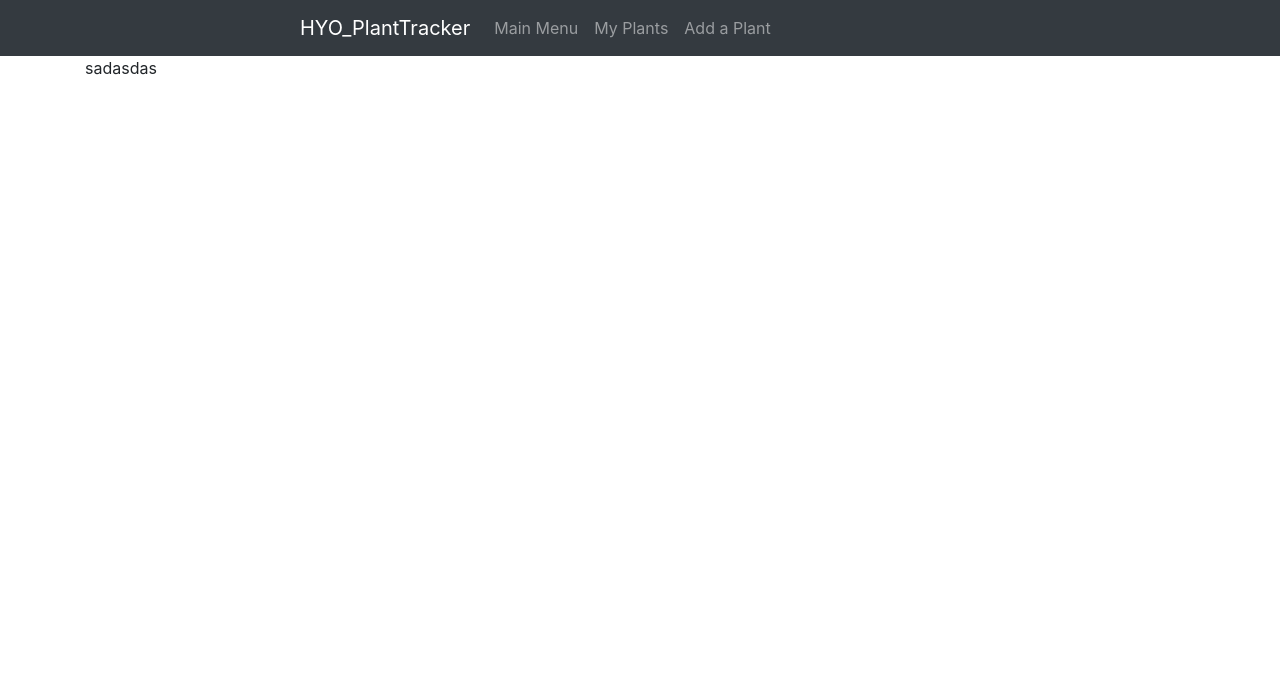
Repository: emersonwilliams/HYO_PlantTracker
Page: capstone_app/plant_tracker/templates/myplants.html
An editor plug-in stored every save of this project. The page is shown before and after the next save, followed by the edit.
The browser window is 1280 px wide. The pictures show the whole page.

Above is the page before, as saved 2020-08-01 23:58:54.

After the next save:
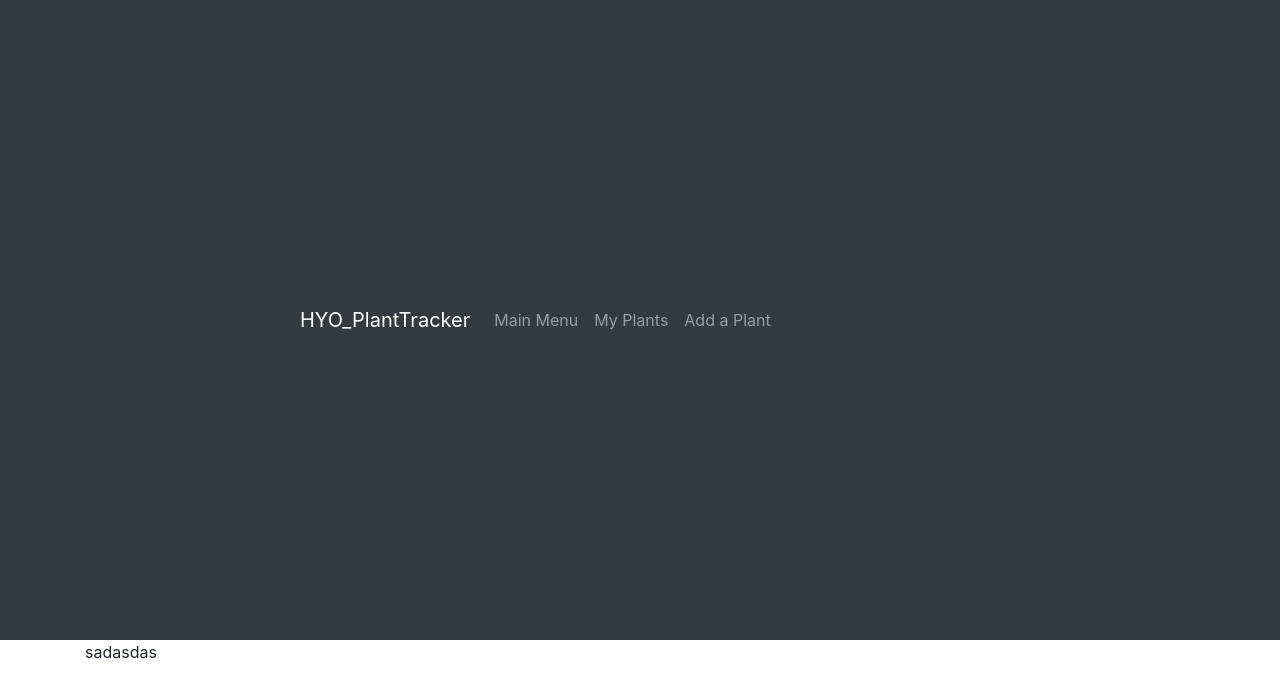
Saved 14 s later.
--- a/capstone_app/plant_tracker/static/css/myplants.css
+++ b/capstone_app/plant_tracker/static/css/myplants.css
@@ -1,4 +1,4 @@
 .navbar{
-    padding-left:300px;
+    padding:300px;
     padding-right:300px;
   }

After the save that followed:
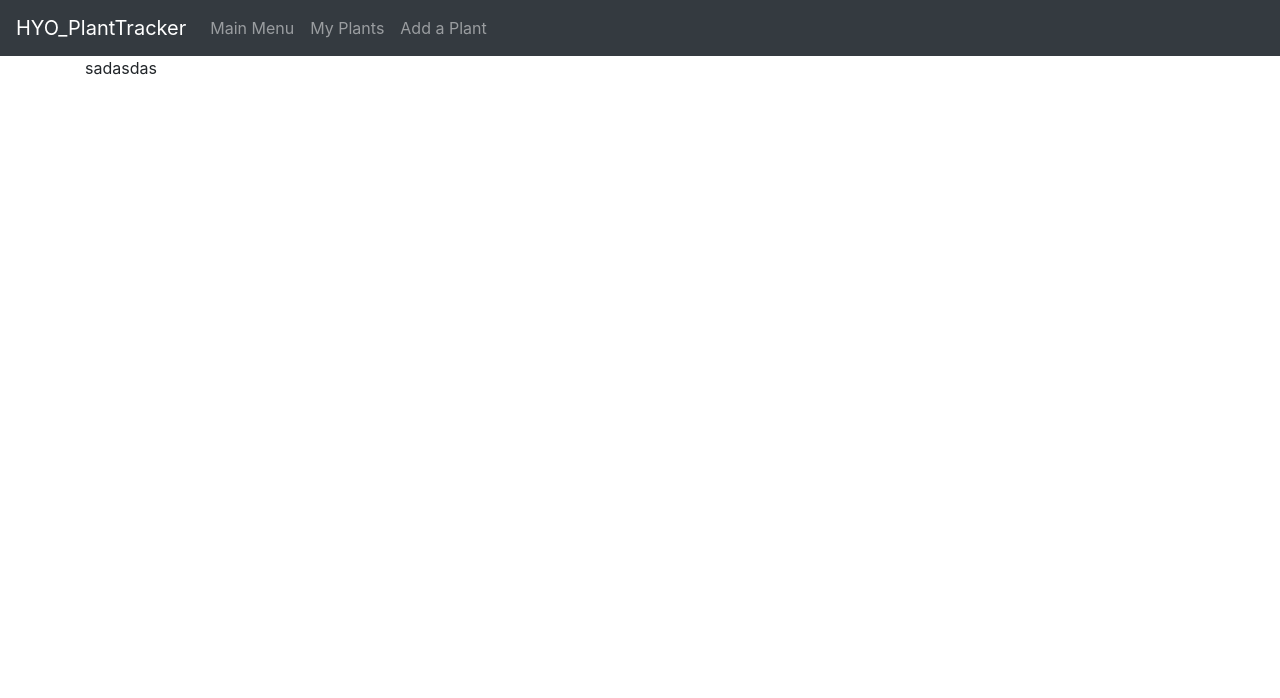
Saved 6 s later.
--- a/capstone_app/plant_tracker/static/css/myplants.css
+++ b/capstone_app/plant_tracker/static/css/myplants.css
@@ -1,4 +1,3 @@
 .navbar{
-    padding:300px;
-    padding-right:300px;
-  }
+    padding:
+}
